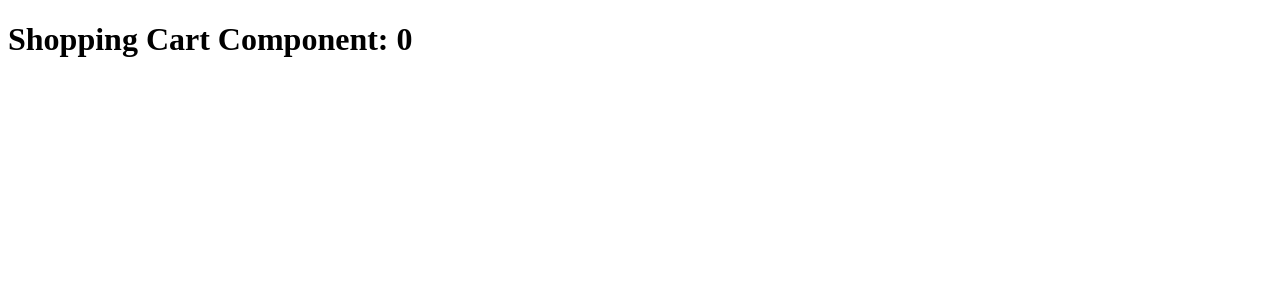
Repository: glgeorgiou/100-days-of-code-projects
Page: Front End Libraries Certification/4.React/17.override-default-props.html
These files come from the project's save history. The page is drawn as it stood at one moment and after the next save; the edit follows.
The browser window is 1280 px wide. The pictures show the whole page.
Some web libraries are served in a nearby version.

Above is the page before, as saved 2019-06-04 16:49:38.

After the next save:
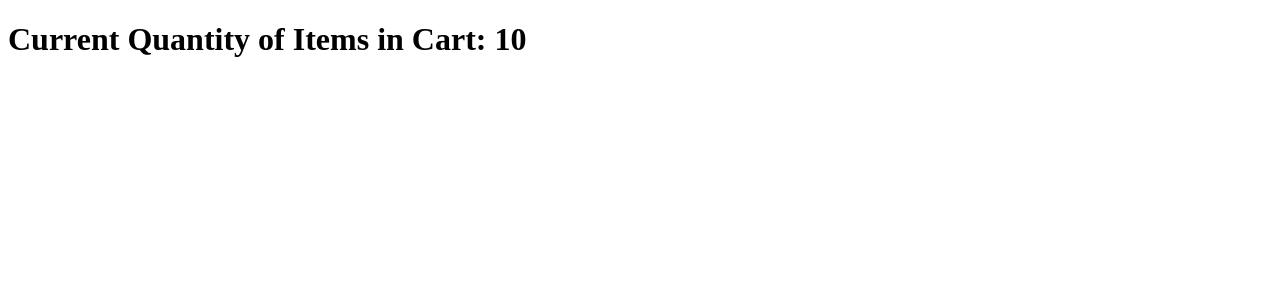
Saved 5 min 39 s later.
--- a/Front End Libraries Certification/4.React/17.override-default-props.html
+++ b/Front End Libraries Certification/4.React/17.override-default-props.html
@@ -4,7 +4,7 @@
     <meta charset="UTF-8">
     <meta name="viewport" content="width=device-width, initial-scale=1.0">
     <meta http-equiv="X-UA-Compatible" content="ie=edge">
-    <title>React - Use Default Props</title>
+    <title>React - Override Default Props</title>
 
 </head>
 <body>
@@ -18,20 +18,26 @@
 
     <div id="challenge-node"></div>
 
-    <!--
-        Define default component's properties: MyComponent.defaultProps = { property: 'value' }
-    -->
+    <!--   -->
     <script type="text/babel">
-        const ShoppingCart = (props) => {
-            return (
-                <div>
-                <h1>Shopping Cart Component: {props.items}</h1>
-                </div>
-            )
+        const Items = (props) => {
+            return <h1>Current Quantity of Items in Cart: {props.quantity}</h1>
+        }
+
+        Items.defaultProps = {
+            quantity: 0
+        }
+
+        class ShoppingCart extends React.Component {
+            constructor(props) {
+                super(props);
+            }
+            render() {
+                { /* change code below this line */ }
+                return <Items quantity={10}/>
+                { /* change code above this line */ }
+            }
         };
-        // change code below this line
-        ShoppingCart.defaultProps = {items: 0}
-
         ReactDOM.render(<ShoppingCart />,document.getElementById('challenge-node'));
     </script>
 </body>
